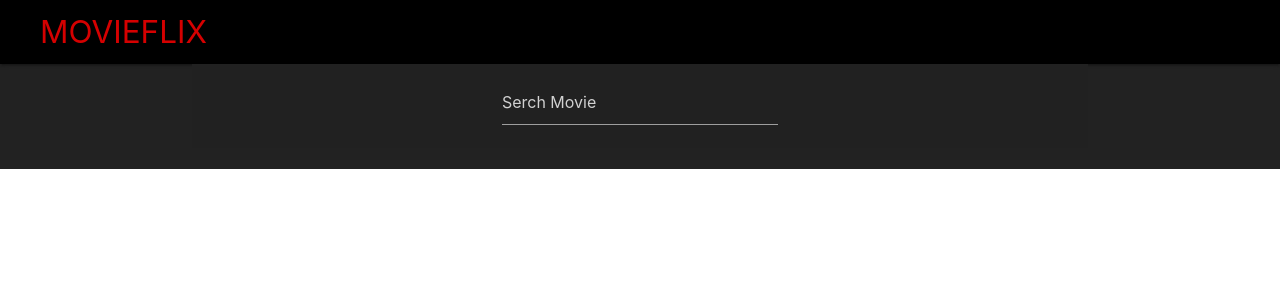
Repository: Reiya-1003/React-Ts-Node-App
Page: /
These files come from the project's save history. The page is drawn as it stood at one moment and after the next save; the edit follows.
The browser window is 1280 px wide. The pictures show the whole page.
The page's requests for data from a server got no answer. The project was rebuilt for these pictures with package versions that can differ from the ones it lists, and the page was loaded fresh each time. A package was used in the major version that the imports need, not the one package.json lists. No one was signed in, and anything a server would have sent is missing. Also part of the build but not shown: src/Styles.module.css, src/components/Detail.tsx.

Above is the page before, as saved 2021-11-18 12:01:57.

After the next save:
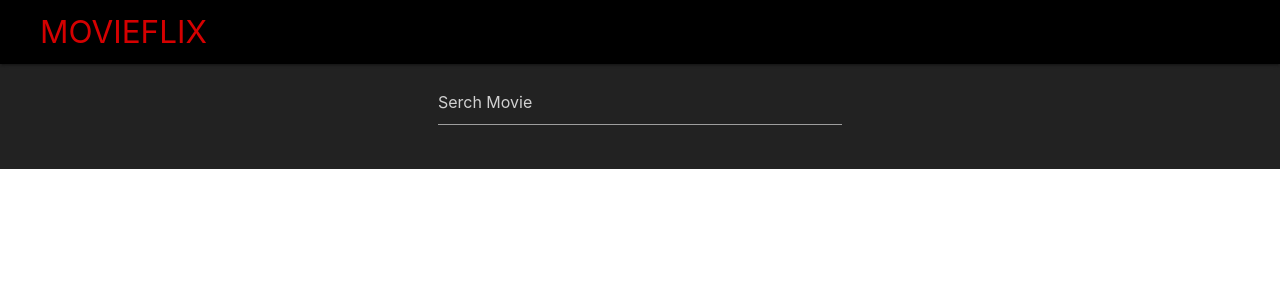
Saved 20 s later.
--- a/src/components/Searthbox.tsx
+++ b/src/components/Searthbox.tsx
@@ -107,8 +107,8 @@
 
   return (
     // 検索ボックス
-    <div className="container">
-      <div className="row grey darken-4">
+    <div className="container　grey darken-4">
+      <div className="row">
         <section className="col s4 offset-s4">
           <form action="" onSubmit={handleSubmit}>
             <div className="input-field">

After the save that followed:
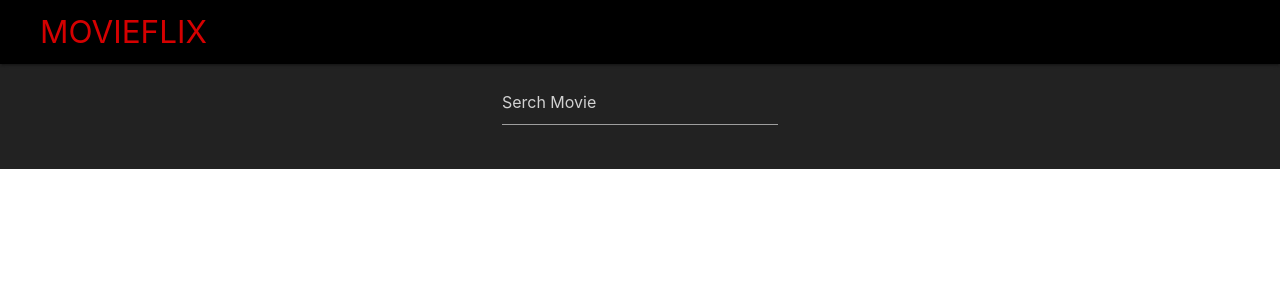
Saved 19 s later.
--- a/src/components/Searthbox.tsx
+++ b/src/components/Searthbox.tsx
@@ -107,7 +107,7 @@
 
   return (
     // 検索ボックス
-    <div className="container　grey darken-4">
+    <div className="container">
       <div className="row">
         <section className="col s4 offset-s4">
           <form action="" onSubmit={handleSubmit}>
